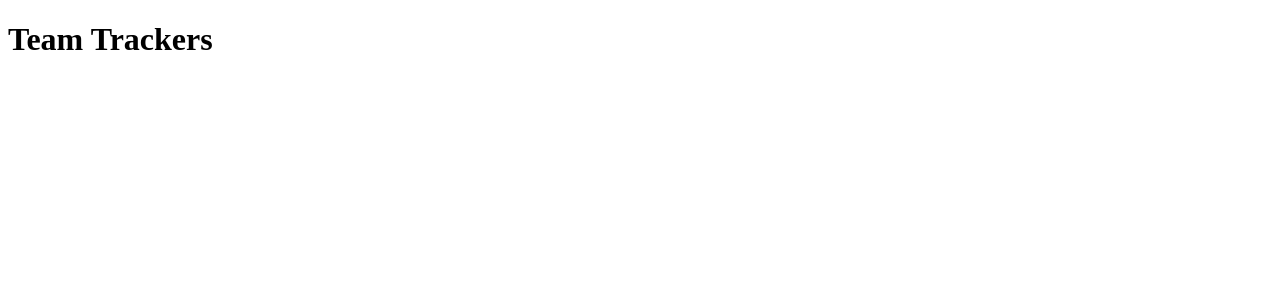
Repository: SamRyzek/TeamTracker
Page: TeamRest/WebContent/JQindex.html
These files come from the project's save history. The page is drawn as it stood at one moment and after the next save; the edit follows.
The browser window is 1280 px wide. The pictures show the whole page.
Some web libraries are served in a nearby version.

Above is the page before, as saved 2017-10-21 18:15:01.

### TeamRest/WebContent/JQindex.html
<!DOCTYPE html>
<html>
  <head>
    <meta charset="utf-8">
    <script src="https://code.jquery.com/jquery-3.2.1.min.js"></script>
    <!--<link rel="stylesheet" href="styles.css"/>-->
    <title>Team</title>
  </head>
  <body>
  <h1>Team Trackers</h1>
    <div id="content">
    </div>
  <script src="js/app.js"></script>
  </body>
</html>

Loaded but not shown: TeamRest/WebContent/js/app.js (no copy from this time; the picture is the same without it)

After the next save:
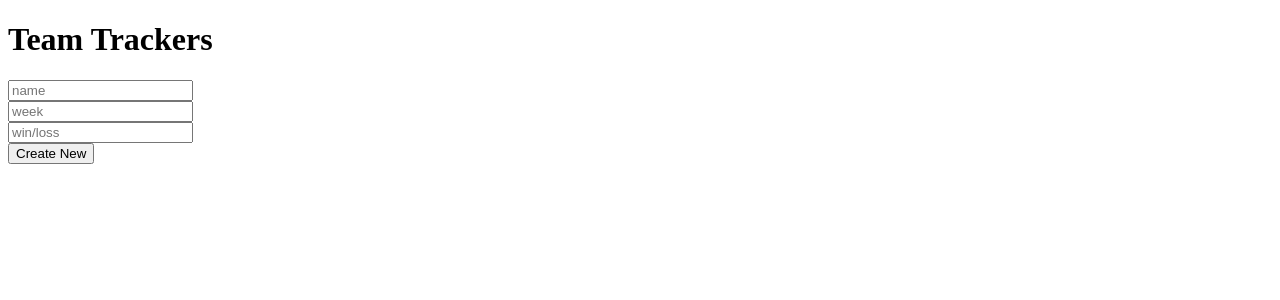
Saved 57 min 26 s later.
--- a/TeamRest/WebContent/JQindex.html
+++ b/TeamRest/WebContent/JQindex.html
@@ -10,6 +10,13 @@
   <h1>Team Trackers</h1>
     <div id="content">
     </div>
+      <form name='newTeamForm'>
+            <input type='text' name='name' placeholder="name"></input><br>
+            <input type='text' name='week' placeholder="week"></input><br>
+            <input type='text' name='win/loss' placeholder="win/loss"></input><br>
+            <input type='submit' name='submit' value="Create New"><br>
+        </form>
+
   <script src="js/app.js"></script>
   </body>
 </html>
